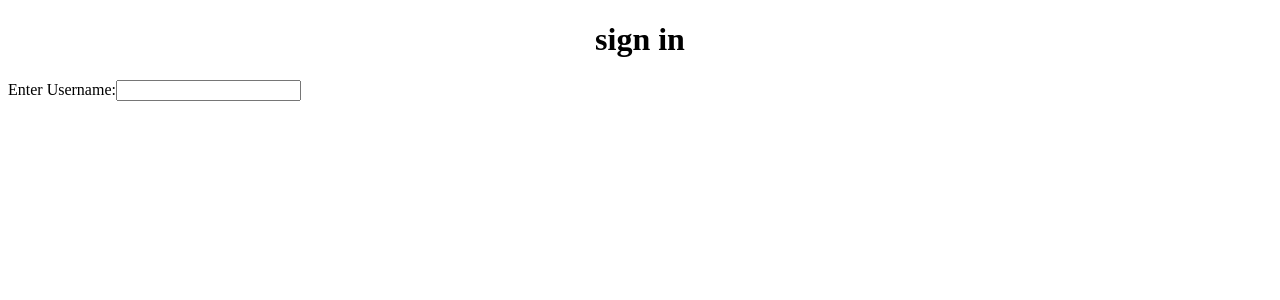
Repository: PRANAVBR/MLA_Training
Page: MLA_Java/GMail/src/main/webapp/login.html
An editor plug-in stored every save of this project. The page is shown before and after the next save, followed by the edit.
The browser window is 1280 px wide. The pictures show the whole page.

Above is the page before, as saved 2026-02-14 06:07:22.

### MLA_Java/GMail/src/main/webapp/login.html
<!DOCTYPE html>
<html>
<head>
<meta charset="UTF-8">
<title>sign in</title>
</head>
<body>
	<h1 align ="center">sign in</h1>

	Enter Username:<input type="text" name = "user"><br><br>
</body>
</html>

After the next save:
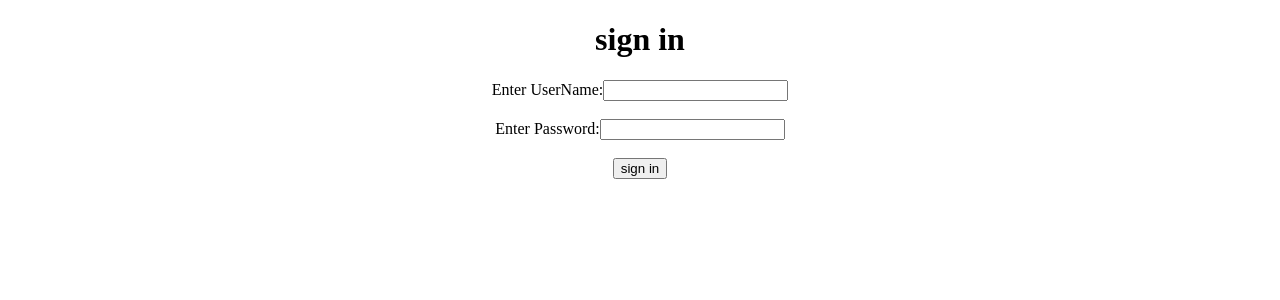
Saved 4 s later.
--- a/MLA_Java/GMail/src/main/webapp/login.html
+++ b/MLA_Java/GMail/src/main/webapp/login.html
@@ -6,7 +6,12 @@
 </head>
 <body>
 	<h1 align ="center">sign in</h1>
+	<center>
+		Enter UserName:<input type="text" name = "user"><br><br>
+		Enter Password:<input type = "text" name="password"><br><br>
+			<input type = "submit" value = "sign in">
+	</center>
 
-	Enter Username:<input type="text" name = "user"><br><br>
+
 </body>
 </html>
